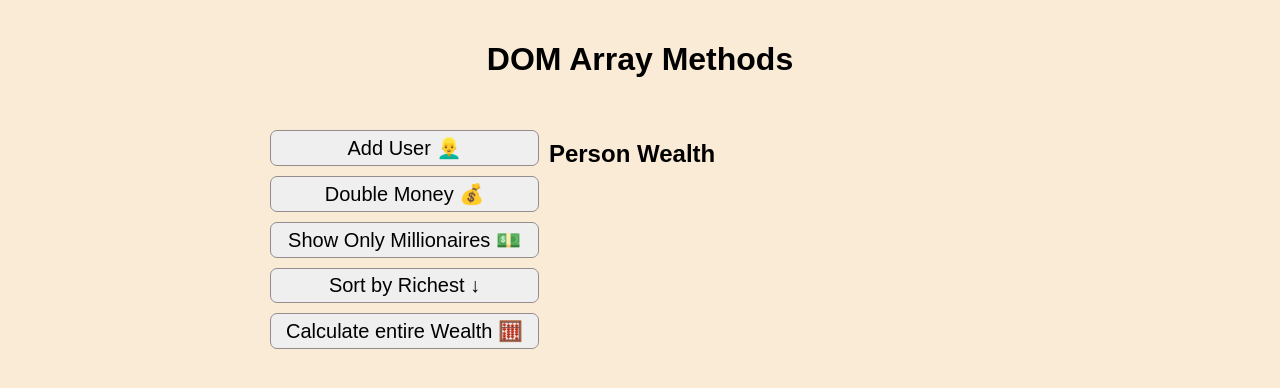
Repository: AbrorjonKuchkarov/DOM-Array-Methods
Page: index.html
The author's editor kept a copy of each file at every save. The page is drawn from the files as they stood at one save, then again after the next save.
The browser window is 1280 px wide. The pictures show the whole page.

Above is the page before, as saved 2022-02-24 15:40:59.

### index.html
<!DOCTYPE html>
<html lang="en">
<head>
   <meta charset="UTF-8">
   <meta http-equiv="X-UA-Compatible" content="IE=edge">
   <meta name="viewport" content="width=device-width, initial-scale=1.0">
   <link rel="stylesheet" href="style.css">
   <title>DOM Array Methods</title>
</head>
<body>
   <h1>DOM Array Methods</h1>
      <div class="container">
         <aside class="btns">
            <button id="add-user">Add User 👱‍♂️</button>
            <button id="double">Double Money 💰</button>
            <button id="show-millionaires">Show Only Millionaires 💵</button>
            <button id="sort">Sort by Richest ↓</button>
            <button id="calculate-wealth">Calculate entire Wealth 🧮</button>
         </aside>

         <main id="main">
            <h2><strong>Person</strong> Wealth</h2>
         </main>


      </div>



   <script src="app.js"></script>
</body>
</html>

### style.css
*{
   box-sizing: border-box;
}

body{
   margin: 0;
   padding: 20px;
   display: flex;
   flex-direction: column;
   align-items: center;
   height: 100vh;
   font-family: Arial, Helvetica, sans-serif;
   background-color: antiquewhite;
}

.container{
   display: flex;
   max-width: 100%;
   width: 800px;
   padding: 20px;
   margin: 0 auto;
}

aside {
   padding: 10px;
}

button {
   display: block;
   width: 100%;
   font-size: 20px;
   margin-bottom: 10px;
   border-radius: 7px;
   outline: none;
   padding: 5px 15px;
   border: 1px solid rgb(148, 140, 140);
}

Loaded but not shown: app.js (no copy from this time; the picture is the same without it)

After the next save:
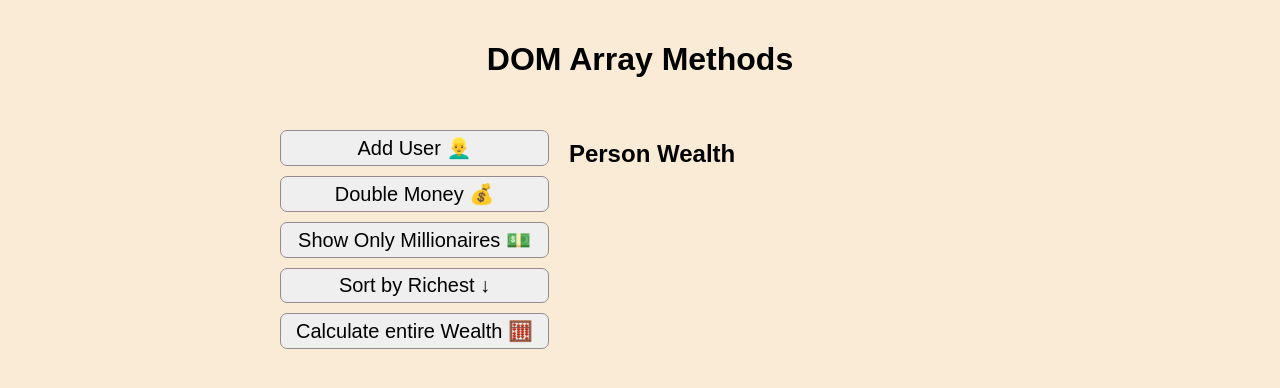
Saved 5 s later.
--- a/style.css
+++ b/style.css
@@ -22,7 +22,7 @@ body{
 }
 
 aside {
-   padding: 10px;
+   padding: 10px 20px;
 }
 
 button {
